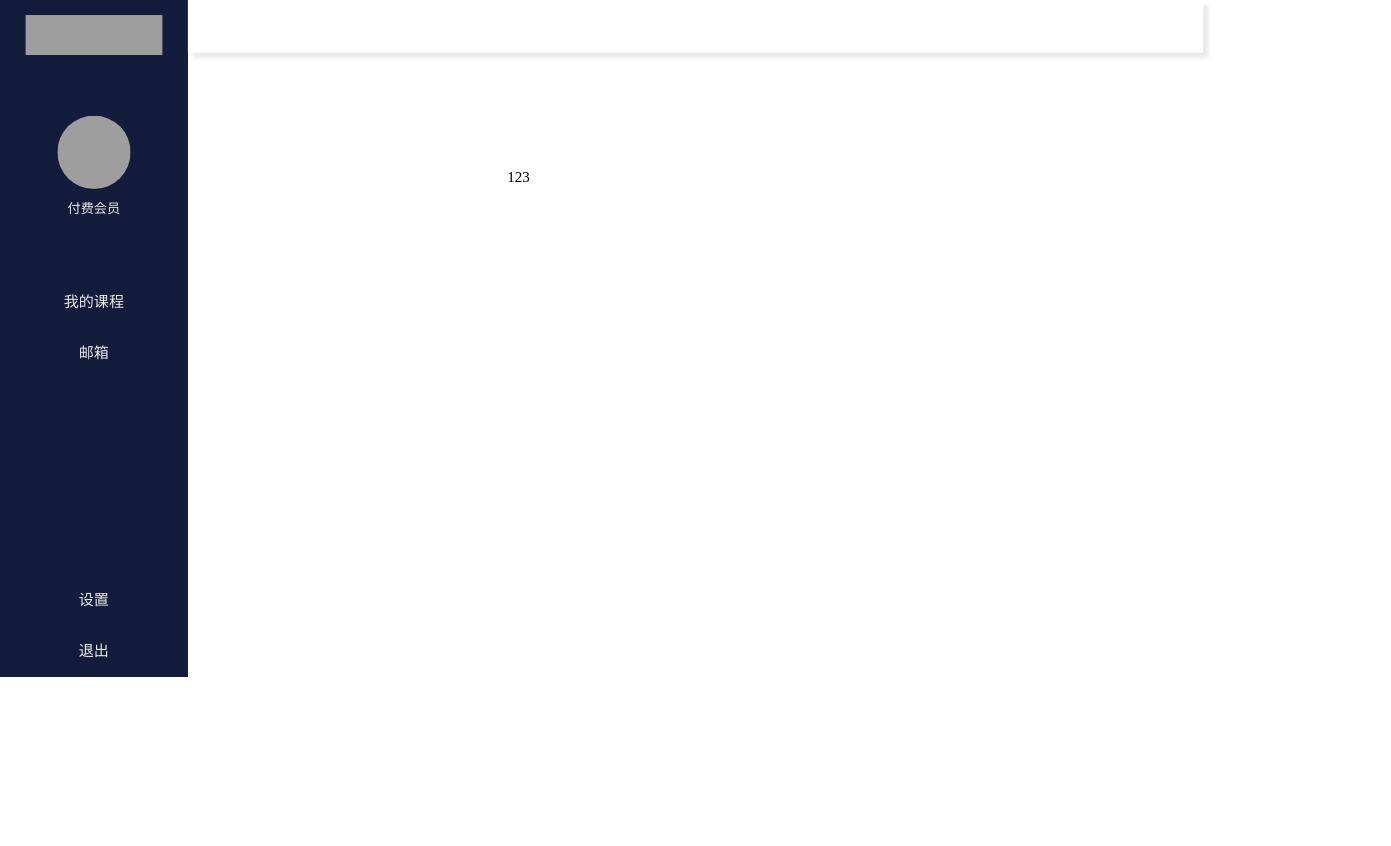
Repository: saswhite/banyuan-class
Page: / (app in 9.14作业/)
An editor plug-in stored every save of this project. The page is shown before and after the next save, followed by the edit.
The browser window is 1280 px wide. The page is 1480 px wide, so the pictures cover 1480 px, including what lies to the right of the window. The pictures show the whole page, at 94% of full size.
The pointer rests on the first visible `.section`.
Pictures or frames that could not be fetched are drawn as grey boxes. The project was rebuilt for these pictures with package versions that can differ from the ones it lists, and the page was loaded fresh each time.

Above is the page before, as saved 2020-09-14 16:40:04.

### 9.14作业/src/App.vue
<template>
  <div>
    <div class="sider">
      <div class="sider-up">
        <img
          src="https://by-image.oss-cn-shanghai.aliyuncs.com/yfront/static/user/logo_black_bottom@2x.png"
          class="index"
        />
        <div class="name-container">
          <img
            src="http://by-image.oss-cn-shanghai.aliyuncs.com/official-site/E2_Icon.jpg"
            class="name-icon"
          />
          <div class="name">付费会员</div>
        </div>
        <div class="section-container">
          <div class="section">
            <img src alt />
            <span>我的课程</span>
          </div>
          <div class="section">
            <img src alt />
            <span>邮箱</span>
          </div>
        </div>
      </div>
      <div class="sider-down">
        <div class="section-container">
          <div class="section">
            <img src alt />
            <span>设置</span>
          </div>
          <div class="section">
            <img src alt />
            <span>退出</span>
          </div>
        </div>
      </div>
    </div>
    <div class="header"></div>
    <div class="content">
      <div class="box">123</div>
    </div>
  </div>
</template>

<script>
export default {
  name: "App",
  components: {}
};
</script>

<style>
* {
  margin: 0;
  padding: 0;
}
.sider {
  display: flex;
  flex-direction: column;
  justify-content: space-between;
  width: 15.6vw;
  height: 100vh;
  background-color: #141c3b;
  color: #e8e8e8;
  font-weight: 300;
  position: fixed;
  left: 0;
  top: 0;
}

.sider-up {
  display: flex;
  flex-direction: column;
  justify-content: space-between;
  align-items: center;
}

.index {
  width: 146px;
  height: 43px;
  cursor: pointer;
  padding: 16px 0;
}

.name-container {
  padding: 48px 0 64px;
  display: flex;
  flex-direction: column;
  align-items: center;
}

.name-icon {
  width: 78px;
  height: 78px;
  border-radius: 50%;
  overflow: hidden;
  cursor: pointer;
  margin-bottom: 10px;
}

.name {
  font-size: 14px;
  text-align: center;
}
.header {
  height: 56px;
  padding: 0 40px;
  background: #fff;
  box-shadow: 5px 6px 4px rgba(213, 209, 209, 0.5);
  position: fixed;
  top: 0;
  left: 15.6vw;
  right: 0;
}
.content {
  width: 100%;
  position: absolute;
  left: 15.6vw;
  top: 60px;
}

.box {
  height: 600px;
  width: 600px;
  margin: 0 auto;
  padding: 120px 0;
}
.section {
  font-size: 16px;
  width: 15.6vw;
  height: 54px;
  line-height: 54px;
  text-align: center;
}
</style>

Loaded but not shown: 9.14作业/public/index.html (common file); 9.14作业/src/main.js (common file)

After the next save:
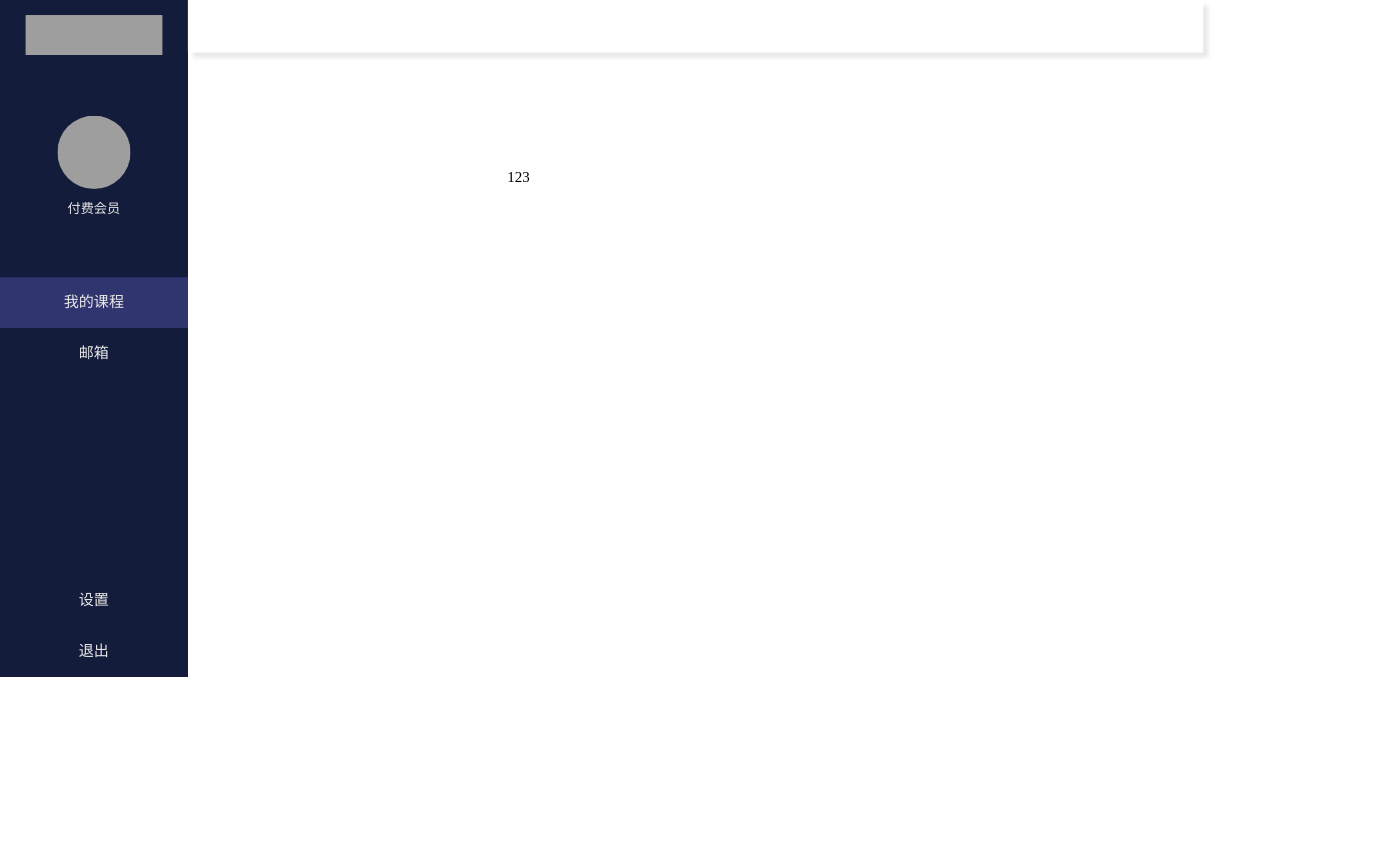
Saved 55 s later.
--- a/9.14作业/src/App.vue
+++ b/9.14作业/src/App.vue
@@ -134,4 +134,7 @@ export default {
   line-height: 54px;
   text-align: center;
 }
+.section:hover {
+  background-color: rgba(105, 100, 209, 0.35);
+}
 </style>
